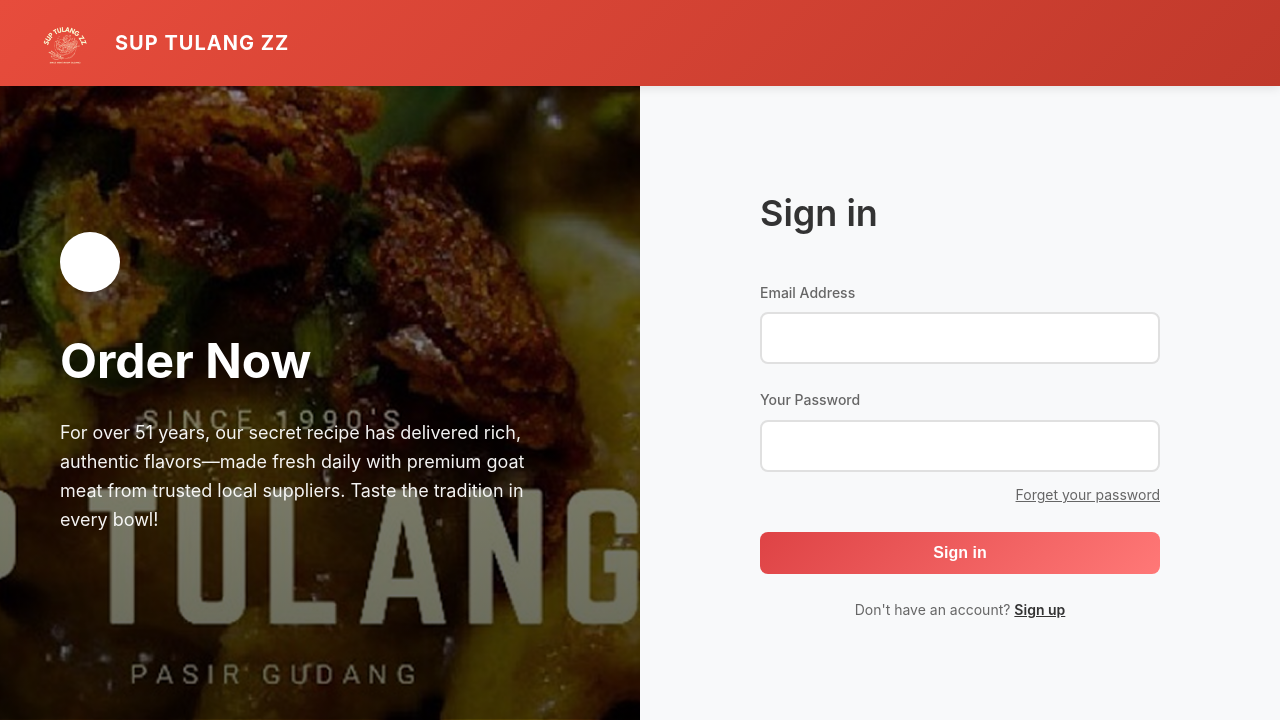
Repository: YIsheng2002/web-frontend
Page: view/member/userLogin.html
The author's editor kept a copy of each file at every save. The page is drawn from the files as they stood at one save, then again after the next save.
The browser window is 1280 px wide. The pictures show the whole page.

Above is the page before, as saved 2025-06-13 23:30:32.

### view/member/userLogin.html
<!DOCTYPE html>
<html lang="en">
<head>
    <meta charset="UTF-8">
    <meta name="viewport" content="width=device-width, initial-scale=1.0">
    <title>Sup Tulang ZZ - Order & Sign In</title>
    <link rel="stylesheet" href="assets/css/userLogin_style.css">
    <link rel="stylesheet" href="../../assets/css/main.css">
</head>
<body>
    <!-- Header -->
    <header class="header">
        <div class="header-right">
            <div class="logo-section">
                <img src="../../assets/images/logo.png" alt="SUP TULANG ZZ Logo" class="logo">
                <span class="logo-text">SUP TULANG ZZ</span>
            </div>
            <div class="header-right">
                <div class="nav-actions">
                    <!-- <button class="search-btn">
                        <i class="fas fa-search"></i> Search Food
                    </button> -->
                </div>
            </div>
        </div>
    </header>
    <div class="container">
        <!-- Left side - Order section -->
        <div class="order-section">

            <div class="order-content">
                <div class="order-badge"></div>
                <h1 class="order-title">Order Now</h1>
                <p class="order-description">
                    For over 51 years, our secret recipe has delivered rich, authentic flavors—made fresh daily with premium goat meat from trusted local suppliers. Taste the tradition in every bowl!
                </p>
            </div>
        </div>

        <!-- Right side - Sign in section -->
        <div class="signin-section">
            <form class="signin-form">
                <h2 class="signin-title">Sign in</h2>

                <div class="form-group">
                    <label class="form-label" for="email">Email Address</label>
                    <input type="email" id="email" class="form-input" required>
                </div>

                <div class="form-group">
                    <label class="form-label" for="password">Your Password</label>
                    <input type="password" id="password" class="form-input" required>
                    <div class="forgot-password">
                        <a href="#">Forget your password</a>
                    </div>
                </div>

                <button type="submit" class="btn-primary">Sign in</button>

                <div class="signup-link">
                    Don't have an account? <a href="userSignUp.html">Sign up</a>
                </div>
            </form>
        </div>
    </div>

    <script>
        document.addEventListener('DOMContentLoaded', function() {
            // Logo click event to redirect to landing page
            document.querySelector('.logo').addEventListener('click', function() {
                window.location.href = 'landing.html';
            });

            // Handle form submission
            document.querySelector('.signin-form').addEventListener('submit', function(event) {
                event.preventDefault(); // Prevent the default form submission

                // Get the email and password values
                const email = document.getElementById('email').value;
                const password = document.getElementById('password').value;

                // Example credentials (for demonstration purposes)
                const validEmail = 'user@gmail.com';
                const validPassword = 'abc123';

                // Validate credentials
                if (email === validEmail && password === validPassword) {
                    // Store user session (optional)
                    // sessionStorage.setItem('userSession', email);

                    // Redirect to the dashboard or home page
                    window.location.href = 'menu.html';
                } else {
                    // Show an error message (you can customize this)
                    alert('Invalid email or password. Please try again.');
                }
            });
        });
    </script>
</body>
</html>

### view/member/assets/css/userLogin_style.css
/* Reset and Base Styles */
* {
    margin: 0;
    padding: 0;
    box-sizing: border-box;
}

body {
    font-family: 'Arial', sans-serif;
    line-height: 1.6;
    color: #333;
    overflow-x: hidden;
}


/* Header Styles */
.header {
    background-color: #e74c3c;
    color: white;
    padding: 1rem 0;
    position: sticky;
    top: 0;
    z-index: 100;
    box-shadow: 0 2px 4px rgba(0, 0, 0, 0.1);
    height: 12vh;
}

.header-content {
    max-width: 1200px;
    margin: 0 auto;
    padding: 0 1rem;
    display: flex;
    justify-content: space-between;
    align-items: center;
}

.header-right {
    display: flex;
    align-items: center; /* Align items vertically */
}

.logo {
    display: flex;
    align-items: center;
    gap: 0.75rem;
}

.logo-img {
    width: 80px;
    height: 80px;
    border-radius: 50%;
    padding: 8px;
}

.logo-text {
    font-size: 1.25rem;
    font-weight: bold;
    letter-spacing: 1px;
}

.brand-name {
    font-size: 24px;
    font-weight: bold;
    letter-spacing: 1px;
}

.nav-actions {
    display: flex;
    gap: 15px;
}

.container {
    display: flex;
    height: 88vh;
}

/* Left side - Order section */
.order-section {
    flex: 1;
    background-image: linear-gradient(rgba(0, 0, 0, 0.4), rgba(0, 0, 0, 0.6)),
                    url('../../../../assets/images/background.png');
    background-size: cover;
    background-position: center;
    position: relative;
    display: flex;
    flex-direction: column;
    justify-content: center;
    padding: 60px;
    color: white;
}

.order-content {
    max-width: 500px;
}

.order-badge {
    width: 60px;
    height: 60px;
    background-color: white;
    border-radius: 50%;
    margin-bottom: 40px;
}

.order-title {
    font-size: 48px;
    font-weight: bold;
    margin-bottom: 30px;
    line-height: 1.2;
}

.order-description {
    font-size: 18px;
    line-height: 1.6;
    margin-bottom: 40px;
    opacity: 0.95;
}

/* Right side - Sign in section */
.signin-section {
    flex: 1;
    background-color: #f8f9fa;
    display: flex;
    align-items: center;
    justify-content: center;
    padding: 60px;
}

.signin-form {
    width: 100%;
    max-width: 400px;
}

.signin-title {
    font-size: 36px;
    font-weight: 600;
    color: #333;
    margin-bottom: 40px;
}

.form-group {
    margin-bottom: 25px;
}

.form-label {
    display: block;
    font-size: 14px;
    color: #666;
    margin-bottom: 8px;
    font-weight: 500;
}

.form-input {
    width: 100%;
    padding: 15px 20px;
    border: 2px solid #e0e0e0;
    border-radius: 8px;
    font-size: 16px;
    transition: border-color 0.3s ease;
    background-color: white;
}

.form-input:focus {
    outline: none;
    border-color: #E74C3C;
}

.forgot-password {
    text-align: right;
    margin-top: 10px;
}

.forgot-password a {
    color: #666;
    text-decoration: underline;
    font-size: 14px;
}

.signin-button {
    width: 100%;
    padding: 15px;
    background-color: #999;
    color: white;
    border: none;
    border-radius: 25px;
    font-size: 16px;
    font-weight: 600;
    cursor: pointer;
    transition: background-color 0.3s ease;
    margin-top: 20px;
}

.signin-button:hover {
    background-color: #777;
}

.signup-link {
    text-align: center;
    margin-top: 25px;
    color: #666;
    font-size: 14px;
}

.signup-link a {
    color: #333;
    text-decoration: underline;
    font-weight: 600;
}

/* Responsive design */
@media (max-width: 768px) {
    .container {
        flex-direction: column;
    }

    .order-section {
        display: none;
        flex: none;
        height: 60vh;
        padding: 40px 30px;
    }

    .signin-section {
        flex: none;
        padding: 30px;
    }

    .order-title {
        font-size: 36px;
    }

    .tulang-text {
        font-size: 80px;
        bottom: 40px;
        left: 30px;
    }

    .pasir-gudang {
        bottom: 20px;
        left: 80px;
        font-size: 16px;
    }
}

### assets/css/main.css
:root{
    --primary-color: #DE4345;
    --secondary-color: #F8FAD4;
    --white-color: #FFFFFF;
    --header-font-color: #212121;
    --header6-font-color: #424242;
    --light-red: #FF7877;
}

* {
    margin: 0;
    padding: 0;
    box-sizing: border-box;
}

body {
    font-family: -apple-system, BlinkMacSystemFont, 'Segoe UI', Roboto, sans-serif;
    line-height: 1.6;
    color: var(--header6-font-color);
    background-color: #f5f5f5;
}

.btn-primary {
    background: linear-gradient(135deg, var(--primary-color) 0%, var(--light-red) 100%);
    color: white;
    border: none;
    padding: 12px 24px;
    border-radius: 8px;
    font-size: 16px;
    font-weight: 600;
    cursor: pointer;
    transition: all 0.3s ease;
    width: 100%;
}

.btn-primary:hover {
    transform: translateY(-5px);
    box-shadow: 0 8px 25px rgba(253, 114, 92, 0.22);
}

.btn-primary:active {
    transform: translateY(0);
}

/* Header Styles */
.header {
    background: linear-gradient(135deg, #e74c3c, #c0392b);
    color: white;
    padding: 15px 30px;
    display: flex;
    justify-content: space-between;
    align-items: center;
    box-shadow: 0 2px 10px rgba(0,0,0,0.1);
}

.logo-section {
    display: flex;
    align-items: center;
    gap: 15px;
}

.logo {
    width: 70px;
    height: 70px;
    display: flex;
    align-items: center;
    justify-content: center;
    font-weight: bold;
    font-size: 18px;
}

.brand-name {
    font-size: 28px;
    font-weight: bold;
    letter-spacing: 1px;
}

After the next save:
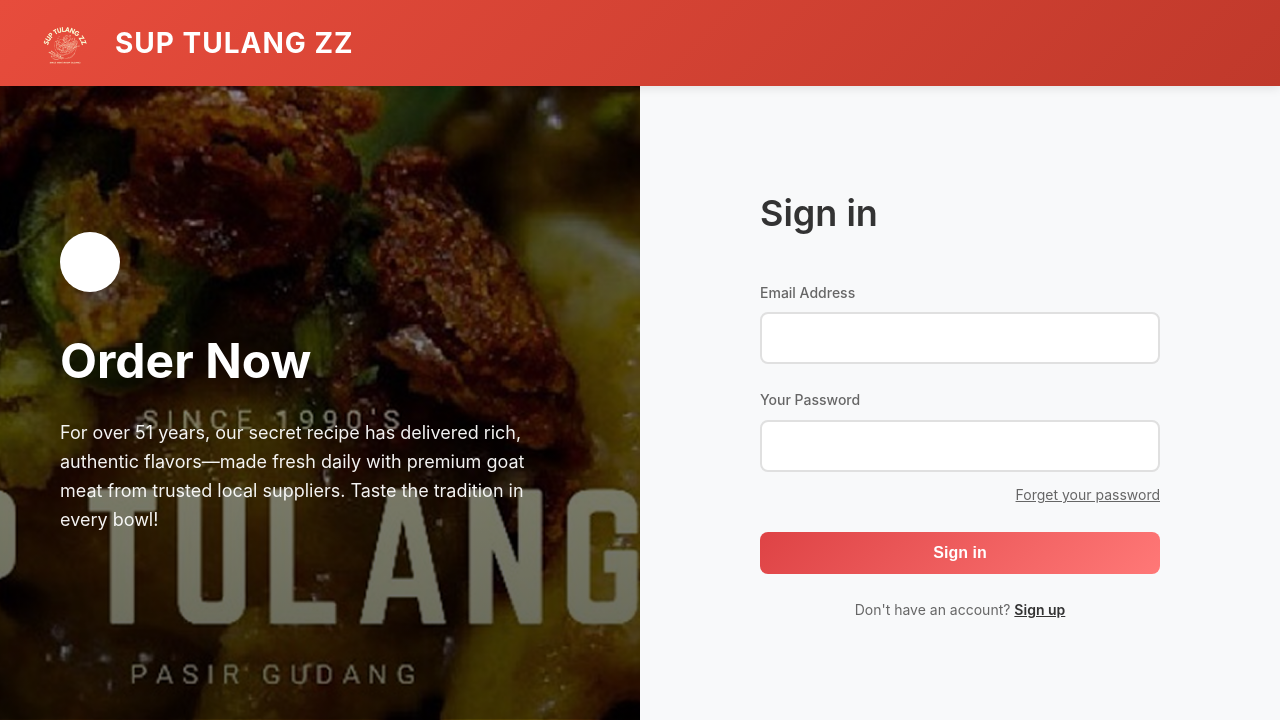
Saved 41 s later.
--- a/view/member/userLogin.html
+++ b/view/member/userLogin.html
@@ -13,7 +13,7 @@
         <div class="header-right">
             <div class="logo-section">
                 <img src="../../assets/images/logo.png" alt="SUP TULANG ZZ Logo" class="logo">
-                <span class="logo-text">SUP TULANG ZZ</span>
+                <span class="brand-name">SUP TULANG ZZ</span>
             </div>
             <div class="header-right">
                 <div class="nav-actions">
